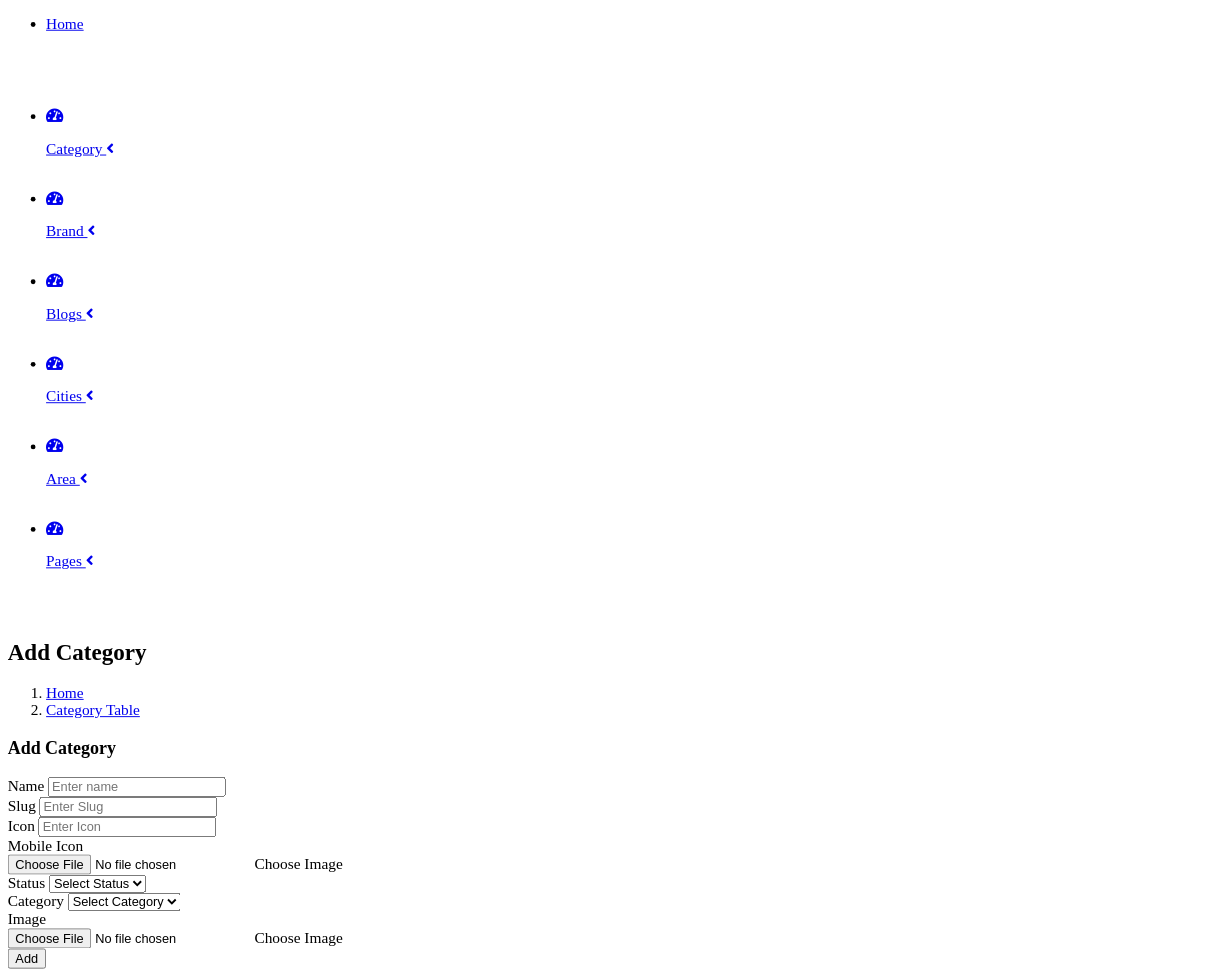
Repository: samiraelshon123/LP_Project
Page: http://localhost/admin/category/create
An editor plug-in stored every save of this project. The page is shown before and after the next save, followed by the edit.
The browser window is 1280 px wide. The pictures show the whole page, at 96% of full size.
Some web fonts or font styles are not loaded; a fallback is used. The page is served by the project's Laravel application, run on PHP 8.4 with Laravel 9. A made-up administrator, Test User (test@example.com), is signed in. Other server files are loaded and not shown. Queries for data that is not in the repository find no rows.

Above is the page before, as saved 2023-05-29 23:42:26.

### routes/web.php
<?php

use App\Http\Controllers\admin\AreaController;
use Illuminate\Support\Facades\Route;
use App\Http\Controllers\admin\CategoryController;
use App\Http\Controllers\admin\BrandController;
use App\Http\Controllers\admin\BlogController;
use App\Http\Controllers\admin\CityController;
use App\Http\Controllers\admin\PageController;
use App\Http\Controllers\admin\SocialMediaController;
use App\Http\Controllers\auth\RegisterController;
use App\Http\Controllers\auth\LoginController;
use App\Http\Controllers\auth\LogoutController;
use App\Http\Controllers\auth\AdminLoginController;

////////////

//user

use App\Http\Controllers\User\UserController;

/*
|--------------------------------------------------------------------------
| Web Routes
|--------------------------------------------------------------------------
|
| Here is where you can register web routes for your application. These
| routes are loaded by the RouteServiceProvider within a group which
| contains the "web" middleware group. Now create something great!
|
*/

Route::group(['prefix' => 'admin','middleware' => ['auth:admin']], function() {
        //admin
        Route::get('/', function(){
            return view('admin.dashboard');
        })->name('admin');

    // brand
    Route::resource('category', CategoryController::class);

    Route::resource('city', CityController::class);

    Route::resource('Area', AreaController::class);

    Route::resource('Page', PageController::class);




    // governorate
    Route::resource('brand', BrandController::class);

    //blog
     Route::resource('blog',BlogController::class);



});

//////////////////////////////////


Route::group(['middleware' => ['auth']], function() {
    Route::get('/', [UserController::class, 'home'])->name('user.home');
    Route::get('categories', [UserController::class, 'categories'])->name('user.categories');
    Route::get('about_us', [UserController::class, 'about_us'])->name('user.about_us');
    Route::get('change_location', [UserController::class, 'change_location'])->name('user.change_location');
    Route::get('contact_us', [UserController::class, 'contact_us'])->name('user.contact_us');
    Route::get('faq', [UserController::class, 'faq'])->name('user.faq');
    Route::get('privacy', [UserController::class, 'privacy'])->name('user.privacy');
    Route::get('terms_of_use', [UserController::class, 'terms_of_use'])->name('user.terms_of_use');
    Route::get('service_details', [UserController::class, 'service_details'])->name('user.service_details');
    Route::get('services_by_category', [UserController::class, 'services_by_category'])->name('user.services_by_category');




});

//////////////////////////////////

//authentication

Route::get('/register', [RegisterController::class, 'register'])->name('register');
Route::post('/register', [RegisterController::class, 'registerUser'])->name('registerUser');


Route::get('/login', [LoginController::class, 'login'])->name('login');
Route::post('/login', [LoginController::class, 'loginUser'])->name('loginUser');


Route::get('/logout', [LogoutController::class, 'logout']);

Route::get('/adminlogin', [AdminLoginController::class, 'loginPage']);
Route::post('/adminlogin', [AdminLoginController::class, 'loginAdmin'])->name('adminlogin');

### app/Models/User.php
<?php

namespace App\Models;

use Illuminate\Contracts\Auth\MustVerifyEmail;
use Illuminate\Database\Eloquent\Factories\HasFactory;
use Illuminate\Foundation\Auth\User as Authenticatable;
use Illuminate\Notifications\Notifiable;
use Laravel\Sanctum\HasApiTokens;

class User extends Authenticatable
{
    use HasApiTokens, HasFactory, Notifiable;

    /**
     * The attributes that are mass assignable.
     *
     * @var array<int, string>
     */
    protected $fillable = [
        'name',
        'phone',
        'email',
        'username',
        'password',
        'user_type'
    ];

    /**
     * The attributes that should be hidden for serialization.
     *
     * @var array<int, string>
     */
    protected $hidden = [
        'password',
        'remember_token',
    ];

    /**
     * The attributes that should be cast.
     *
     * @var array<string, string>
     */
    protected $casts = [
        'email_verified_at' => 'datetime',
    ];
     public function order(){
         return $this->belongsToMany(User::class, 'ord_users', 'user_id', 'order_id');
     }
}

### app/Models/Admin.php
<?php

namespace App\Models;

use Illuminate\Contracts\Auth\MustVerifyEmail;
use Illuminate\Database\Eloquent\Factories\HasFactory;
use Illuminate\Foundation\Auth\User as Authenticatable;
use Illuminate\Notifications\Notifiable;
use Laravel\Sanctum\HasApiTokens;

class Admin extends Authenticatable
{
    use HasApiTokens, HasFactory, Notifiable;
    public $table = 'admins';
    /**
     * The attributes that are mass assignable.
     *
     * @var array<int, string>
     */
    protected $fillable = [
        'name',
        'username',
        'role',
        'image',
        'description',
        'designation',
        'email',
        'password',
    ];

    /**
     * The attributes that should be hidden for serialization.
     *
     * @var array<int, string>
     */
    protected $hidden = [
        'password',
        'remember_token',
    ];

    /**
     * The attributes that should be cast.
     *
     * @var array<string, string>
     */
    protected $casts = [
        'email_verified_at' => 'datetime',
    ];
}

### app/Http/Controllers/admin/CategoryController.php
<?php

namespace App\Http\Controllers\admin;
use App\Http\Controllers\Controller;

use Illuminate\Http\Request;
use App\models\Category;
class CategoryController extends Controller
{
    public function __construct()
    {
        $this->middleware('auth:admin');
    }

    public function index(){
        $categories = Category::all();

        return view('admin.categories.index', compact('categories'));

    }
    public function create(){
        $categories = Category::all();
        return view('admin.categories.create',compact('categories'));
    }
    public function store(Request $request)
    {

        $data = $request->validate([
            'name' => 'required|string|min:3',
            'slug' => 'required|string',
            'icon' => 'required|string',
            'mobile_icon' => 'required|mimes:jpg,jpeg,png',
            'status' => 'required',
            'image' => 'required|mimes:jpg,jpeg,png',

        ]);
        $data['sub_category'] = $request->sub_category;
        if($request->has('image')) {
            $data['image'] = uploadImage($request->file("image"), "/images/categories");
        }
        if($request->has('mobile_icon')) {
            $data['mobile_icon'] = uploadImage($request->file("mobile_icon"), "/images/categories");
        }

        Category::create($data);
            session()->flash('add_message', 'Category has been added');

        return  redirect('admin/category');
    }

    public function edit($id){
        $categories = Category::all();
        $category = Category::find($id);

        return view('admin.categories.edit', compact('category', 'categories'));
    }
    public function update(Request $request, $id){
        $data = $request->validate([
            'name' => 'required|string|min:3',
            'slug' => 'required|string',
            'icon' => 'required|string',
            'mobile_icon' => 'required|mimes:jpg,jpeg,png',
            'status' => 'required',

        ]);
        $data['sub_category'] = $request->sub_category;
        $category = Category::find($id);
        if($request->has('image')) {
            $data['image'] = uploadImage($request->file("image"), "/images/categories");
        }
        if($request->has('mobile_icon')) {
            $data['mobile_icon'] = uploadImage($request->file("mobile_icon"), "/images/categories");
        }
        $category->update($data);
        session()->flash('edit_message', 'Category has been updated');
        return  redirect('admin/category');

    }
    public function destroy($id){
        $category = Category::find($id);
        $category->delete();
        session()->flash('delete_message', 'Category has been deleted');
        return  redirect('admin/category');
    }
}

### app/Models/Category.php
<?php

namespace App\Models;

use Illuminate\Database\Eloquent\Factories\HasFactory;
use Illuminate\Database\Eloquent\Model;

class Category extends Model
{
    use HasFactory;
    public $table = 'categories';
    protected $fillable = [ 'name', 'slug', 'icon', 'status', 'mobile_icon', 'image', 'sub_category'];

    public function getImageForWebAttribute(){

        if($this->image)
            return asset('images/categories/'.$this->image);
        else
            return asset('images/default.png');

    }
}

### resources/views/admin/categories/create.blade.php
@extends('layouts.admin')
@section('content')

  <div class="content-wrapper" style="margin-left: 0px;">
    <section class="content-header">
      <div class="container-fluid">
        <div class="row mb-2">
          <div class="col-sm-6">
            <h1>Add Category</h1>
          </div>
          <div class="col-sm-6">
            <ol class="breadcrumb float-sm-right">
              <li class="breadcrumb-item"><a href="{{route('admin')}}">Home</a></li>
              <li class="breadcrumb-item active"><a href="{{route('category.index')}}">Category Table</a></li>
            </ol>
          </div>
        </div>
      </div>
    </section>

    <section class="content">
      <div class="container-fluid">
        <div class="row">



<div class="card card-primary" style="width: 100%;">
    @if ($errors->any())
            <div class="alert alert-danger">
                <ul>
                    @foreach ($errors->all() as $error)
                        <li>{{ $error }}</li>
                    @endforeach
                </ul>
            </div>
    @endif
    <div class="card-header">
        <h3 class="card-title">Add Category</h3>
    </div>

    <form action="{{route('category.store')}}" method="POST" enctype="multipart/form-data">
        @csrf


        <div class="card-body">
          <div class="row">
            <div class="form-group col-6">
                <label for="exampleInputEmail1">Name</label>
                <input type="text" class="form-control" id="exampleInputEmail1"  value="{{old('name')}}" name="name" placeholder="Enter name">
            </div>
            <div class="form-group col-6">
                <label for="exampleInputEmail1">Slug</label>
                <input type="text" class="form-control" id="slug" value="{{old('slug')}}" name="slug" placeholder="Enter Slug">
            </div>
            <div class="form-group col-6">
                <label for="exampleInputEmail1">Icon</label>
                <input type="text" class="form-control" id="icon" value="{{old('icon')}}" name="icon" placeholder="Enter Icon">
            </div>
            <div class="form-group col-6">
                <label for="exampleInputFile">Mobile Icon</label>
                            <div class="input-group">
                                <div class="custom-file">
                                    <input type="file" class="custom-file-input" name="mobile_icon" value="{{old('mobile_icon')}}" id="exampleInputFile">
                                    <label class="custom-file-label" for="exampleInputFile">Choose Image</label>
                                </div>

                            </div>
            </div>
            <div class="form-group col-6">
                <label for="exampleInputEmail1">Status</label>
                <select name="status" id="" class="form-control">
                <option value="" disabled selected>Select Status</option>

                  <option value="1">Active</option>
                  <option value="0">InActive</option>

                </select>
              </div>
              <div class="form-group col-6">
                <label for="exampleInputEmail1">Category</label>
                <select name="sub_category" id="" class="form-control">
                <option value="" disabled selected>Select Category</option>
                @foreach($categories as $category)
                  <option value="{{$category->id}}">{{$category->name}}</option>
                  @endforeach
                </select>
              </div>
            <div class="form-group col-6">
                            <label for="exampleInputFile">Image</label>
                            <div class="input-group">
                                <div class="custom-file">
                                    <input type="file" class="custom-file-input" name="image" value="{{old('name')}}" id="exampleInputFile">
                                    <label class="custom-file-label" for="exampleInputFile">Choose Image</label>
                                </div>

                            </div>
                        </div>

            </div>

        </div>
        <div class="card-footer">
            <button type="submit" class="btn btn-primary">Add</button>
        </div>
    </form>
</div>
        </div>

      </div>
    </section>
  </div>
@endsection

### resources/views/layouts/admin.blade.php


  @include('includes.header')

  @include('includes.main_sidebar')

  <div class="content-wrapper">

    @yield('content')
  </div>


</div>

### resources/views/includes/header.blade.php

<!DOCTYPE html>
<html lang="en">
<head>
  <meta charset="utf-8">
  <meta name="viewport" content="width=device-width, initial-scale=1">
  <title>LP Dashboard</title>

  <link rel="stylesheet" href="{{asset('https://fonts.googleapis.com/css?family=Source+Sans+Pro:300,400,400i,700&display=fallback')}}">
  <link rel="stylesheet" href="{{asset('plugins/fontawesome-free/css/all.min.css')}}">
  <link rel="stylesheet" href="{{asset('dist/css/adminlte.min.css')}}">
</head>
<body class="hold-transition sidebar-mini layout-fixed">
<div class="wrapper">


  <nav class="main-header navbar navbar-expand navbar-white navbar-light">
    <ul class="navbar-nav">

      <li class="nav-item d-none d-sm-inline-block">
        <a href="{{route('admin')}}" class="nav-link">Home</a>
      </li>

    </ul>
  </nav>

### resources/views/includes/main_sidebar.blade.php

<aside class="main-sidebar sidebar-dark-primary elevation-4">

    <div class="sidebar">
      <div class="user-panel mt-3 pb-3 mb-3 d-flex">
        <div class="image">
        </div>
        <div class="info">
        <h5 style="color:white;" class="d-block">LP Dashboard</h5>
        </div>
      </div>



      <!-- Sidebar Menu -->
      <nav class="mt-2">
        <ul class="nav nav-pills nav-sidebar flex-column" data-widget="treeview" role="menu" data-accordion="false">

          <br>
              <li class="nav-item menu-open">
                <a href="{{route('category.index')}}" class="nav-link active">
                  <i class="nav-icon fas fa-tachometer-alt"></i>
                  <p>
                  Category
                    <i class="right fas fa-angle-left"></i>
                  </p>
                </a>
              </li>
              <br>
              <li class="nav-item menu-open">
                <a href="{{route('brand.index')}}" class="nav-link active">
                  <i class="nav-icon fas fa-tachometer-alt"></i>
                  <p>
                  Brand
                    <i class="right fas fa-angle-left"></i>
                  </p>
                </a>
              </li>
              <br>

              <li class="nav-item menu-open">
                <a href="{{route('blog.index')}}" class="nav-link active">
                  <i class="nav-icon fas fa-tachometer-alt"></i>
                  <p>
                  Blogs
                    <i class="right fas fa-angle-left"></i>
                  </p>
                </a>
              </li><br>
              <li class="nav-item menu-open">
                <a href="{{route('city.index')}}" class="nav-link active">
                  <i class="nav-icon fas fa-tachometer-alt"></i>
                  <p>
                  Cities
                    <i class="right fas fa-angle-left"></i>
                  </p>
                </a>
              </li><br>
              <li class="nav-item menu-open">
                <a href="{{route('Area.index')}}" class="nav-link active">
                  <i class="nav-icon fas fa-tachometer-alt"></i>
                  <p>
                  Area
                    <i class="right fas fa-angle-left"></i>
                  </p>
                </a>
              </li><br>
              <li class="nav-item menu-open">
                <a href="{{route('Page.index')}}" class="nav-link active">
                  <i class="nav-icon fas fa-tachometer-alt"></i>
                  <p>
                  Pages
                    <i class="right fas fa-angle-left"></i>
                  </p>
                </a>
              </li>
              <br>

              <br>



        </ul>
      </nav>
      <!-- /.sidebar-menu -->
    </div>
    <!-- /.sidebar -->
  </aside>

Loaded but not shown: app/Http/Controllers/Controller.php (common file); public/plugins/fontawesome-free/css/all.min.css (library); lang/en.json (common file)

After the next save:
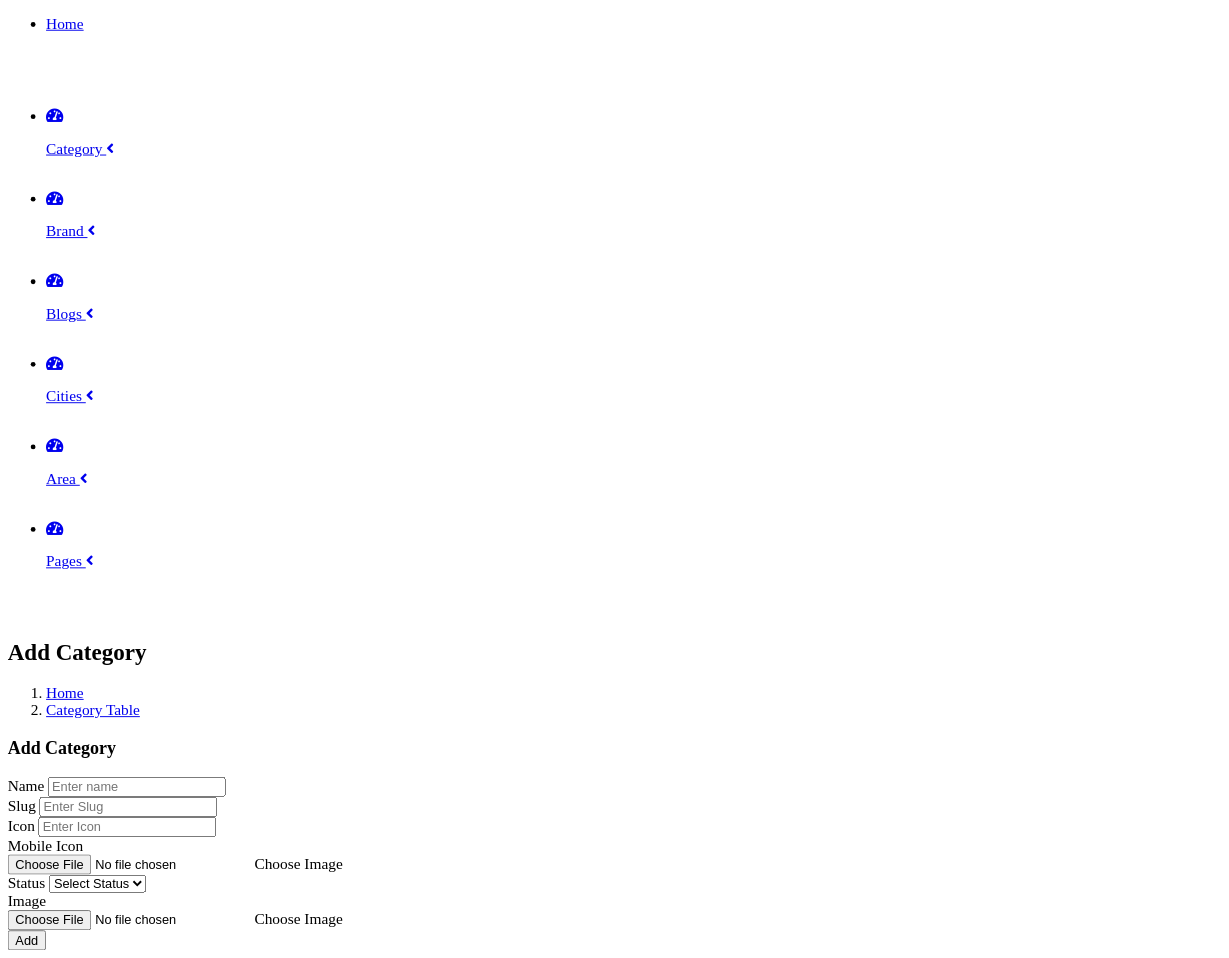
Saved 2 min 33 s later.
--- a/resources/views/admin/categories/create.blade.php
+++ b/resources/views/admin/categories/create.blade.php
@@ -76,15 +76,7 @@
 
                 </select>
               </div>
-              <div class="form-group col-6">
-                <label for="exampleInputEmail1">Category</label>
-                <select name="sub_category" id="" class="form-control">
-                <option value="" disabled selected>Select Category</option>
-                @foreach($categories as $category)
-                  <option value="{{$category->id}}">{{$category->name}}</option>
-                  @endforeach
-                </select>
-              </div>
+
             <div class="form-group col-6">
                             <label for="exampleInputFile">Image</label>
                             <div class="input-group">
